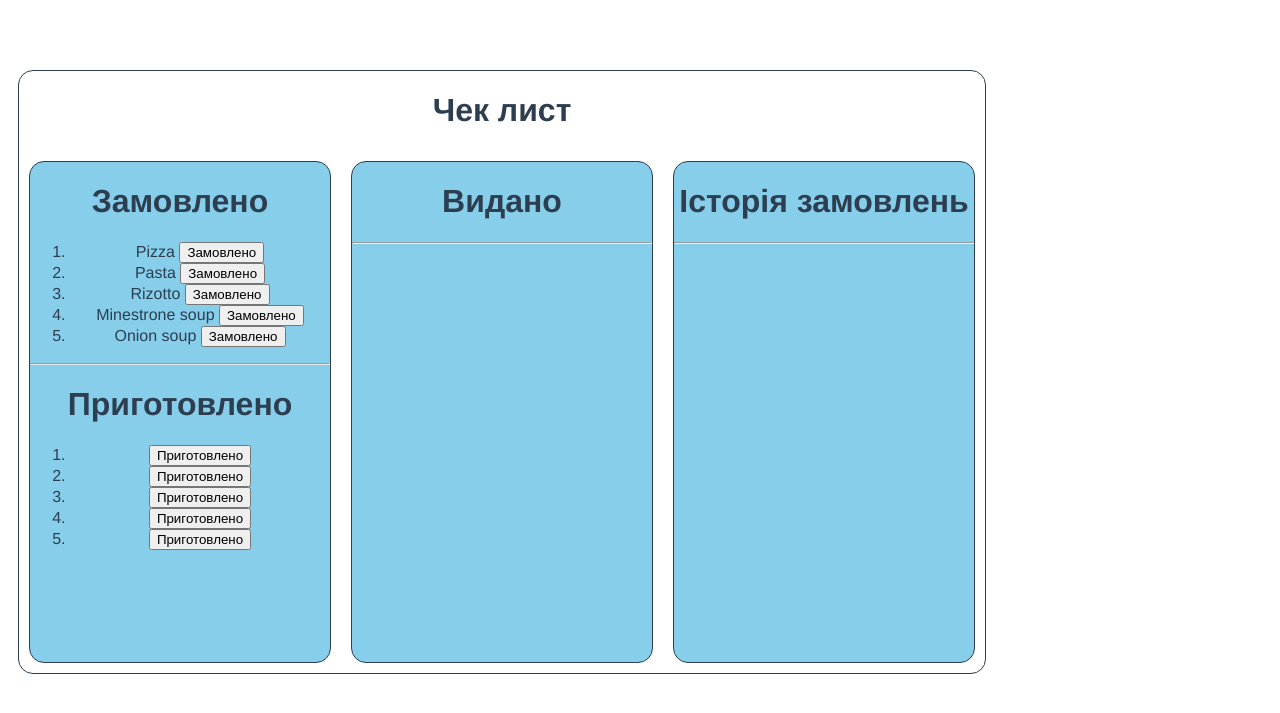
Repository: Salexandraa/HOME_Subotina
Page: / (app in order-list/)
These files come from the project's save history. The page is drawn as it stood at one moment and after the next save; the edit follows.
The browser window is 1280 px wide. The pictures show the whole page.
The project was rebuilt for these pictures with package versions that can differ from the ones it lists, and the page was loaded fresh each time.

Above is the page before, as saved 2020-10-10 15:48:42.

After the next save:
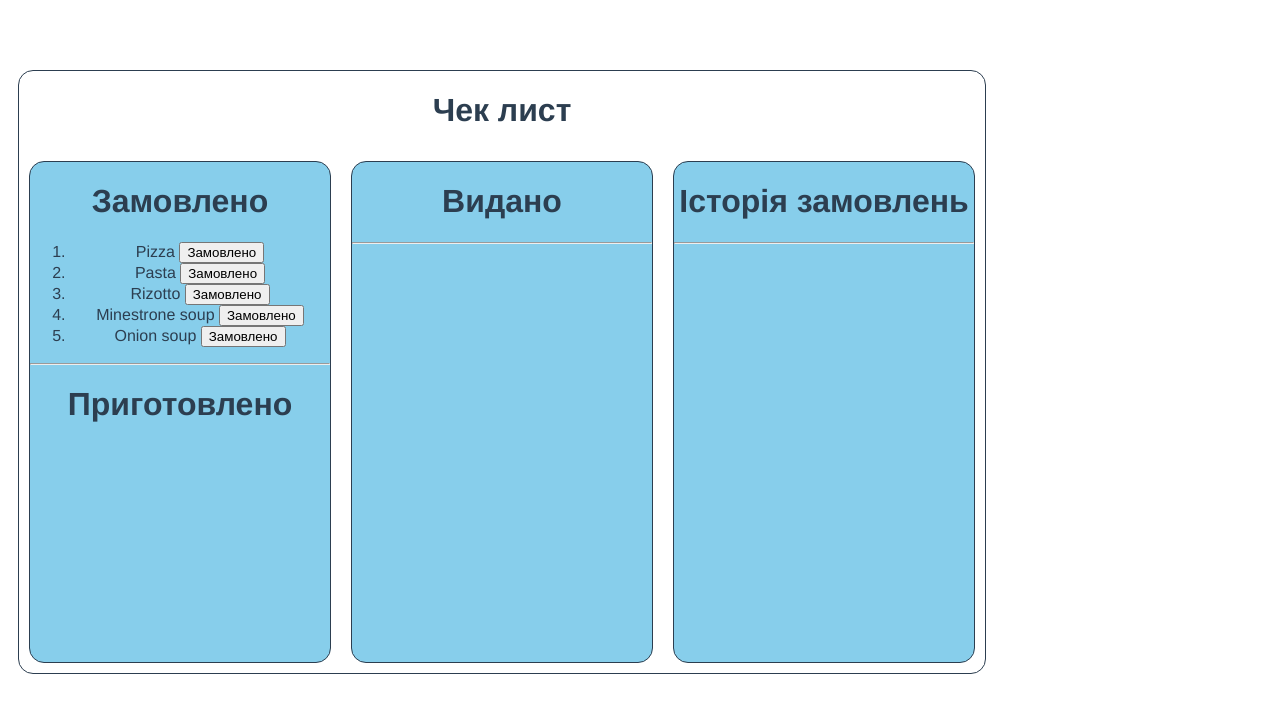
Saved 96 s later.
--- a/order-list/src/components/CheckList/Reserved/index.vue
+++ b/order-list/src/components/CheckList/Reserved/index.vue
@@ -17,7 +17,7 @@
     </div>
     <div>
       <ol>
-        <li v-for="(item, ind) in listDishes" :key="ind">
+        <li v-for="(item, ind) in listDishesPrepare" :key="ind">
           {{ item.names }}
           <button class="checkIn">Приготовлено</button>
         </li>
@@ -33,6 +33,10 @@ export default {
     listDishes: {
       type: Array,
       default: () => [],
+    },
+    listDishesPrepare:{
+        type:Array,
+         default: () => [],
     },
     title: {
       type: String,
